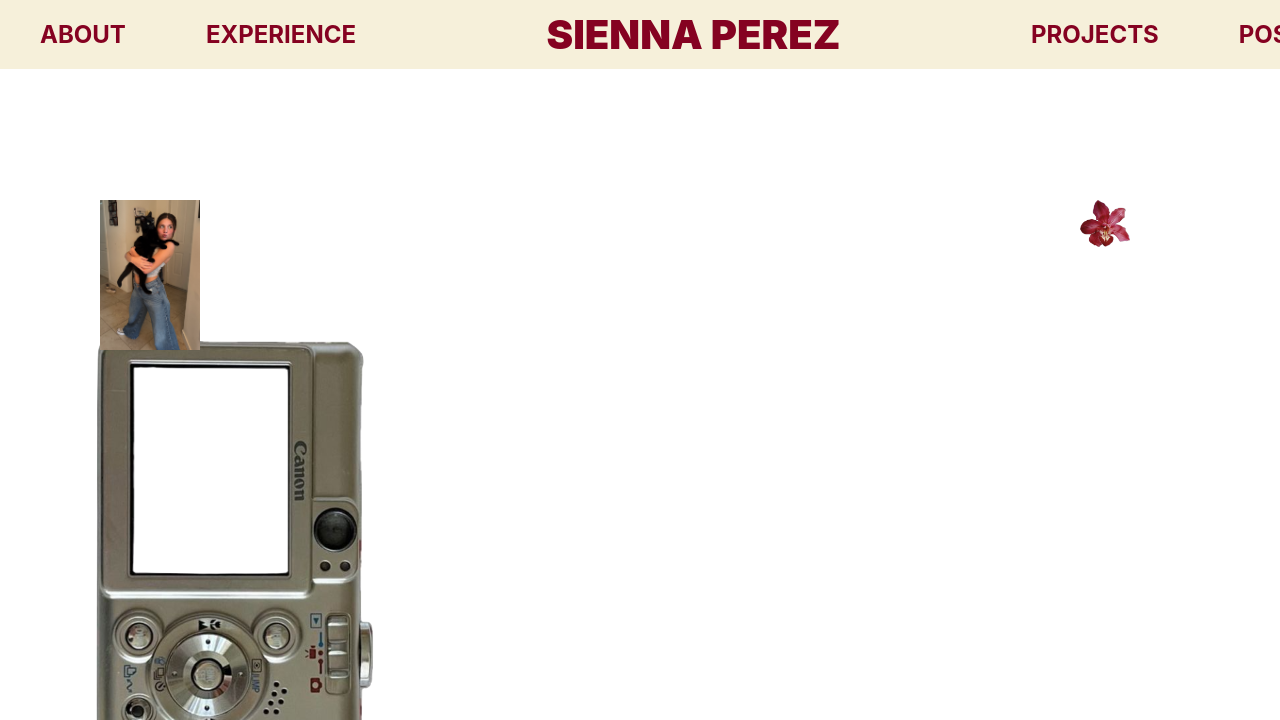
Repository: siennaperez/siennaperezweb
Page: /
These files come from the project's save history. The page is drawn as it stood at one moment and after the next save; the edit follows.
The browser window is 1280 px wide. The pictures show the whole page.
The project was rebuilt for these pictures with package versions that can differ from the ones it lists, and the page was loaded fresh each time. Also part of the build but not shown: src/pages/About.css, src/pages/About.js, src/pages/Experience.css, src/pages/Experience.js.

Above is the page before, as saved 2025-09-24 12:49:24.

After the next save:
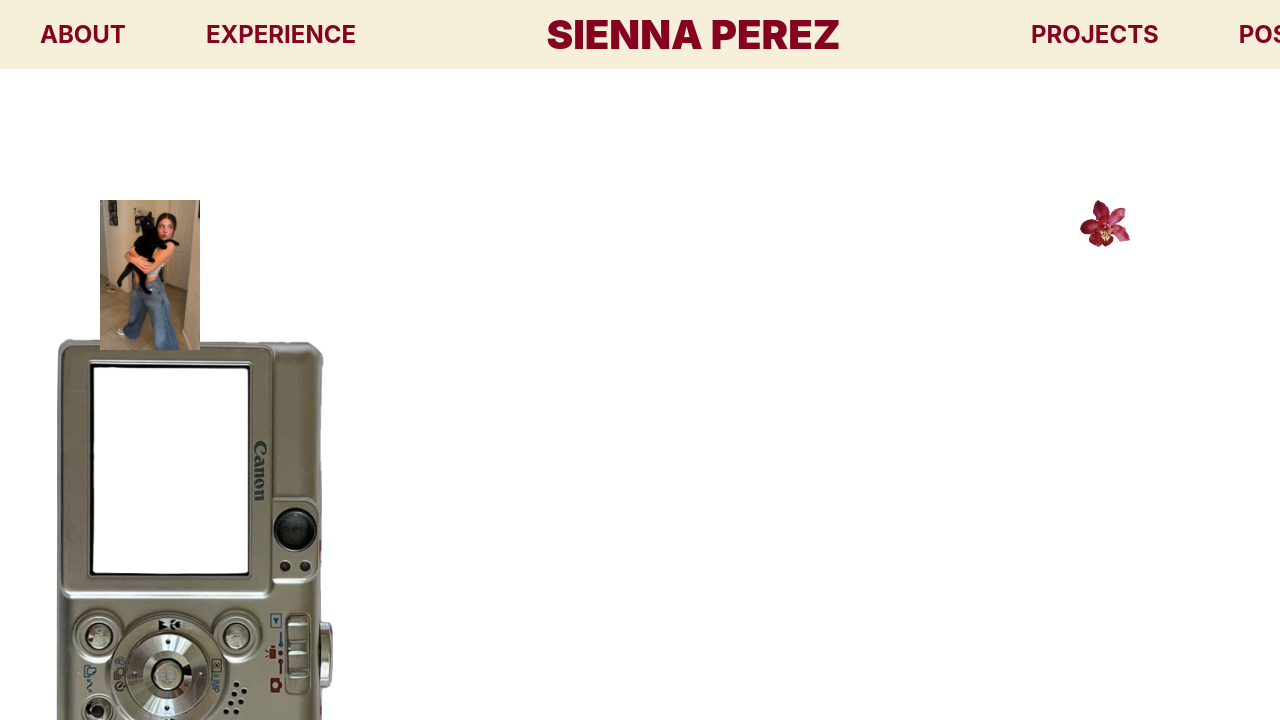
Saved 5 s later.
--- a/src/pages/Home.css
+++ b/src/pages/Home.css
@@ -28,7 +28,7 @@
 .cam-img {
   position: fixed;
   top: 150px;
-  left: -10px;
+  left: -50px;
   width: 450px;
   transform: rotate(90deg);
 }
